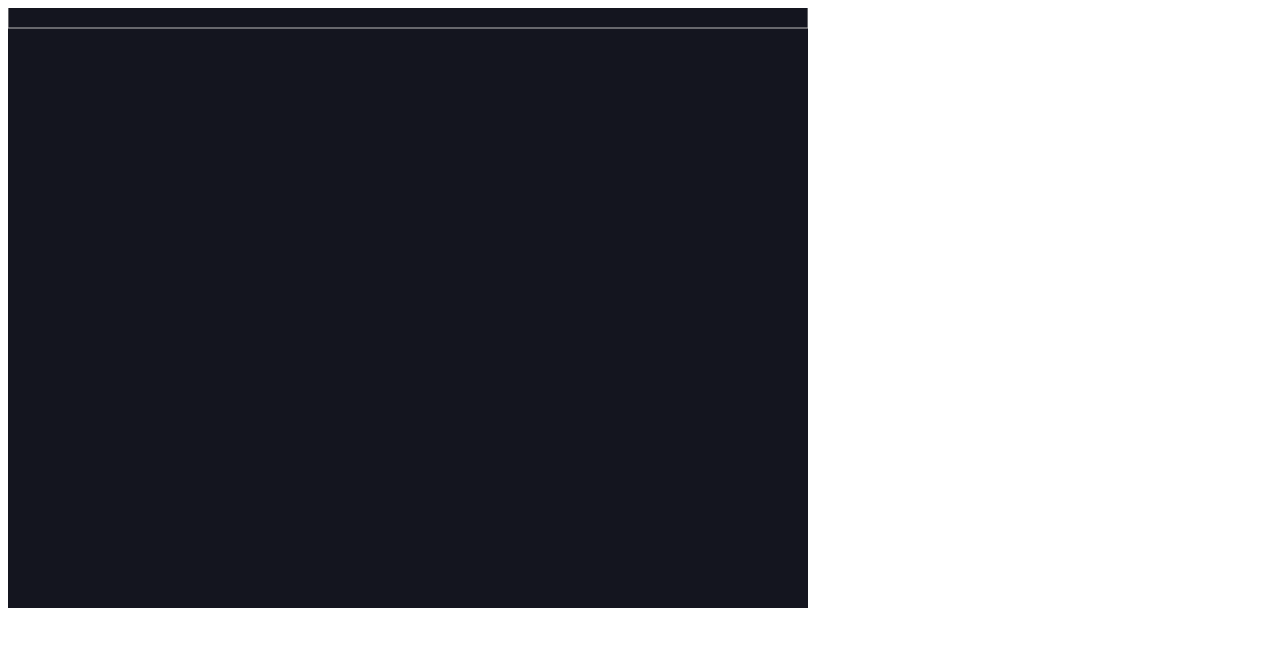
Repository: zhapar/JS-Bootcamp
Page: 3. Maze/index.html
The author's editor kept a copy of each file at every save. The page is drawn from the files as they stood at one save, then again after the next save.
The browser window is 1280 px wide. The pictures show the whole page.
Some web libraries are served in a nearby version.

Above is the page before, as saved 2020-07-12 18:09:33.

After the next save:
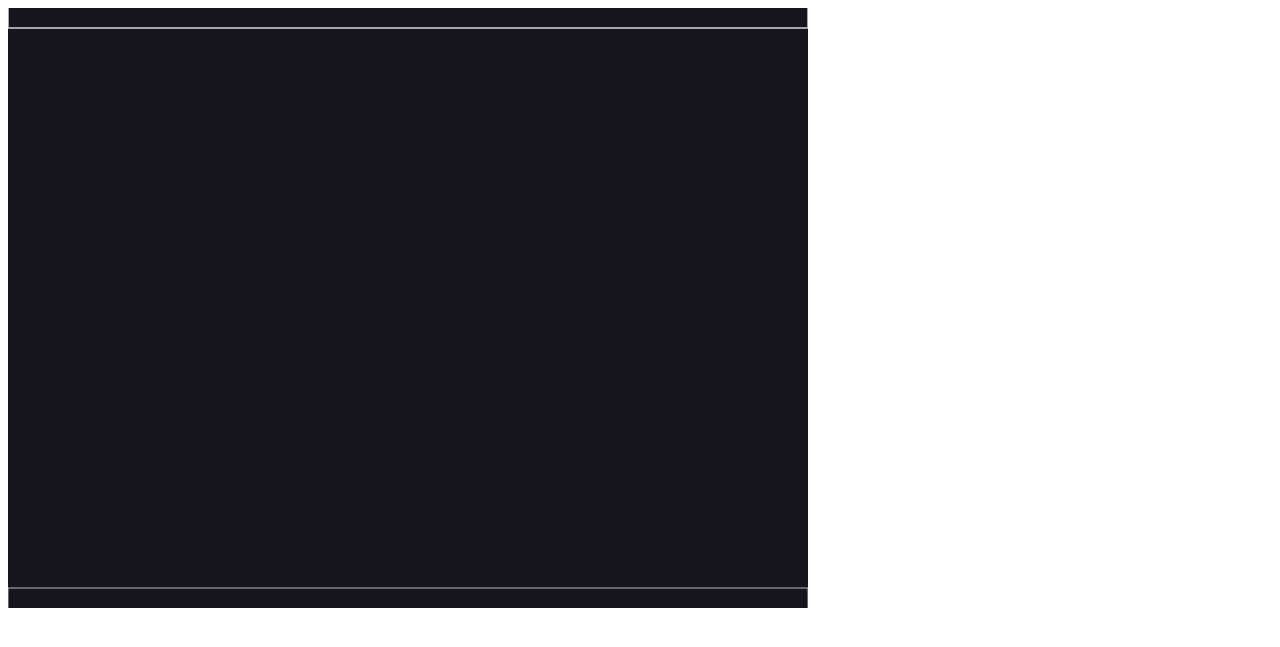
Saved 38 s later.
--- a/3. Maze/app.js
+++ b/3. Maze/app.js
@@ -17,5 +17,10 @@
 const shape = Bodies.rectangle(200, 200, 50, 50, {
   isStatic: true,
 });
-const walls = [Bodies.rectangle(400, 0, 800, 40, { isStatic: true })];
+const walls = [
+  Bodies.rectangle(400, 0, 800, 40, { isStatic: true }),
+  Bodies.rectangle(400, 600, 800, 40, { isStatic: true }),
+  Bodies.rectangle(400, 0, 800, 40, { isStatic: true }),
+  Bodies.rectangle(400, 0, 800, 40, { isStatic: true }),
+];
 World.add(world, walls);
